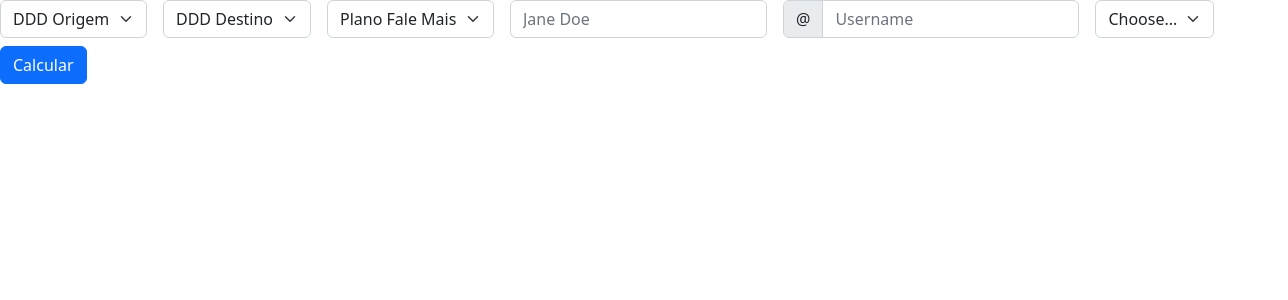
Repository: JuniorMagalhaesDeAlcantara/Fale-Mais
Page: falemais/src/main/resources/templates/index.html
These files come from the project's save history. The page is drawn as it stood at one moment and after the next save; the edit follows.
The browser window is 1280 px wide. The page is 1288 px wide, so the pictures cover 1288 px, including what lies to the right of the window. The pictures show the whole page.

Above is the page before, as saved 2022-08-03 17:22:04.

### falemais/src/main/resources/templates/index.html
<!DOCTYPE html>
<html lang="pt-br">
<head>
    <meta charset="UTF-8">
    <meta http-equiv="X-UA-Compatible" content="IE=edge">
    <meta name="viewport" content="width=device-width, initial-scale=1.0">

    <!-- CSS only -->
<link href="https://cdn.jsdelivr.net/npm/bootstrap@5.2.0/dist/css/bootstrap.min.css" rel="stylesheet" integrity="sha384-gH2yIJqKdNHPEq0n4Mqa/HGKIhSkIHeL5AyhkYV8i59U5AR6csBvApHHNl/vI1Bx" crossorigin="anonymous">

    <title>Fale Mais</title>
</head>
<body>
    <form class="row gy-2 gx-3 align-items-center">
        <div class="col-auto">
            <label class="visually-hidden" for="autoSizingSelect">DDD Origem</label>
            <select class="form-select" id="autoSizingSelect">
              <option selected>DDD Origem</option>
              <option value="1">11</option>
              <option value="2">16</option>
              <option value="3">17</option>
              <option value="3">17</option>
            </select>
          </div>
          <div class="col-auto">
            <label class="visually-hidden" for="autoSizingSelect">DDD Destino</label>
            <select class="form-select" id="autoSizingSelect">
              <option selected>DDD Destino</option>
              <option value="1">11</option>
              <option value="2">16</option>
              <option value="3">17</option>
              <option value="3">17</option>
            </select>
          </div>
            <div class="col-auto">
                <label class="visually-hidden" for="autoSizingSelect">Plano</label>
                <select class="form-select" id="autoSizingSelect">
                  <option selected>Plano Fale Mais</option>
                  <option value="1">Fale Mais 30</option>
                  <option value="2">Fale Mais 60</option>
                  <option value="3">Fale Mais 120</option>
                </select>
              </div>
          </div>
        <div class="col-auto">
          <label class="visually-hidden" for="autoSizingInput">Name</label>
          <input type="text" class="form-control" id="autoSizingInput" placeholder="Jane Doe">
        </div>
        <div class="col-auto">
          <label class="visually-hidden" for="autoSizingInputGroup">Username</label>
          <div class="input-group">
            <div class="input-group-text">@</div>
            <input type="text" class="form-control" id="autoSizingInputGroup" placeholder="Username">
          </div>
        </div>
        <div class="col-auto">
          <label class="visually-hidden" for="autoSizingSelect">Preference</label>
          <select class="form-select" id="autoSizingSelect">
            <option selected>Choose...</option>
            <option value="1">One</option>
            <option value="2">Two</option>
            <option value="3">Three</option>
          </select>
        </div>

        <div class="col-auto">
          <button type="submit" class="btn btn-primary">Calcular</button>
        </div>
      </form>
</body>
</html>

After the next save:
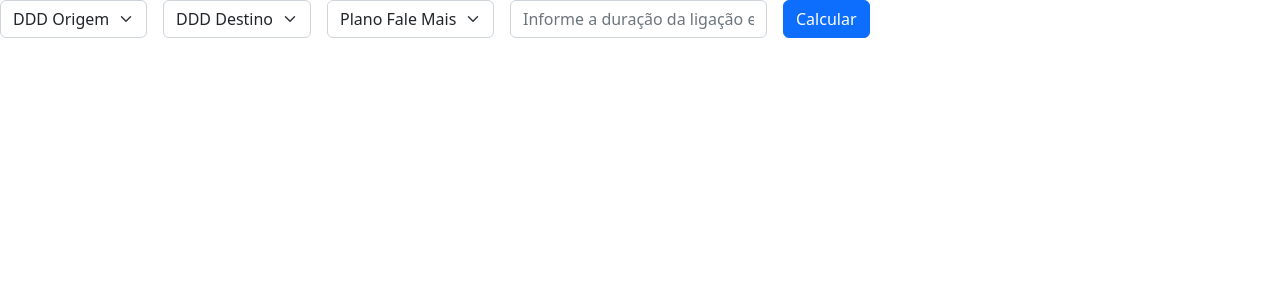
Saved 92 s later.
--- a/falemais/src/main/resources/templates/index.html
+++ b/falemais/src/main/resources/templates/index.html
@@ -43,26 +43,9 @@
               </div>
           </div>
         <div class="col-auto">
-          <label class="visually-hidden" for="autoSizingInput">Name</label>
-          <input type="text" class="form-control" id="autoSizingInput" placeholder="Jane Doe">
+          <label class="visually-hidden" for="autoSizingInput">Duracao</label>
+          <input type="text" class="form-control" id="autoSizingInput" placeholder="Informe a duração da ligação em minutos">
         </div>
-        <div class="col-auto">
-          <label class="visually-hidden" for="autoSizingInputGroup">Username</label>
-          <div class="input-group">
-            <div class="input-group-text">@</div>
-            <input type="text" class="form-control" id="autoSizingInputGroup" placeholder="Username">
-          </div>
-        </div>
-        <div class="col-auto">
-          <label class="visually-hidden" for="autoSizingSelect">Preference</label>
-          <select class="form-select" id="autoSizingSelect">
-            <option selected>Choose...</option>
-            <option value="1">One</option>
-            <option value="2">Two</option>
-            <option value="3">Three</option>
-          </select>
-        </div>
-
         <div class="col-auto">
           <button type="submit" class="btn btn-primary">Calcular</button>
         </div>
